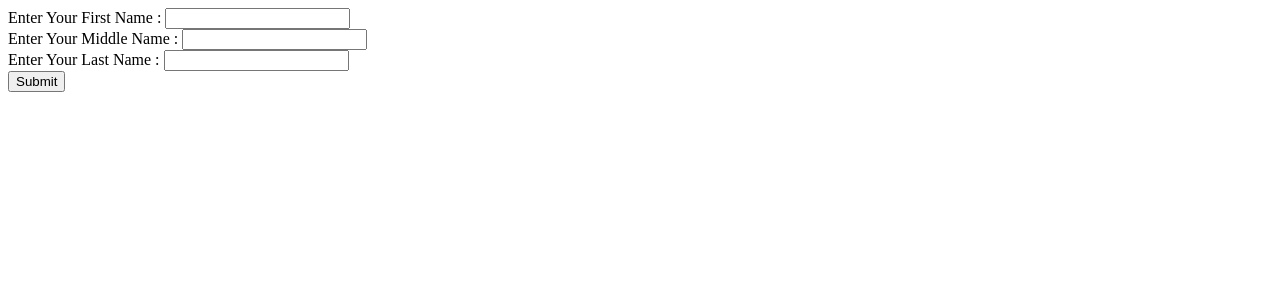
Repository: manishroy09/spring_boot
Page: SpringbootProject1/src/main/webapp/pages/f1.html
The author's editor kept a copy of each file at every save. The page is drawn from the files as they stood at one save, then again after the next save.
The browser window is 1280 px wide. The pictures show the whole page.

Above is the page before, as saved 2025-03-27 13:54:31.

After the next save:
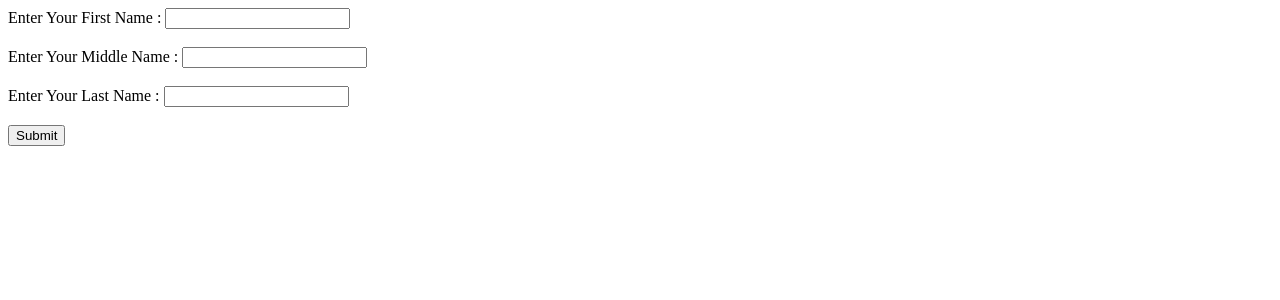
Saved 62 s later.
--- a/SpringbootProject1/src/main/webapp/pages/f1.html
+++ b/SpringbootProject1/src/main/webapp/pages/f1.html
@@ -6,9 +6,9 @@
 </head>
 <body>
    <form action="/f1controller">
-    Enter Your First Name : <input type="text" name="fname"><br>
-    Enter Your Middle Name : <input type="text" name="mname"><br>
-    Enter Your Last  Name : <input type="text" name="lname"><br>
+    Enter Your First Name : <input type="text" name="fname"><br><br>
+    Enter Your Middle Name : <input type="text" name="mname"><br><br>
+    Enter Your Last  Name : <input type="text" name="lname"><br><br>
 
     <input type="submit" value="Submit">
 
